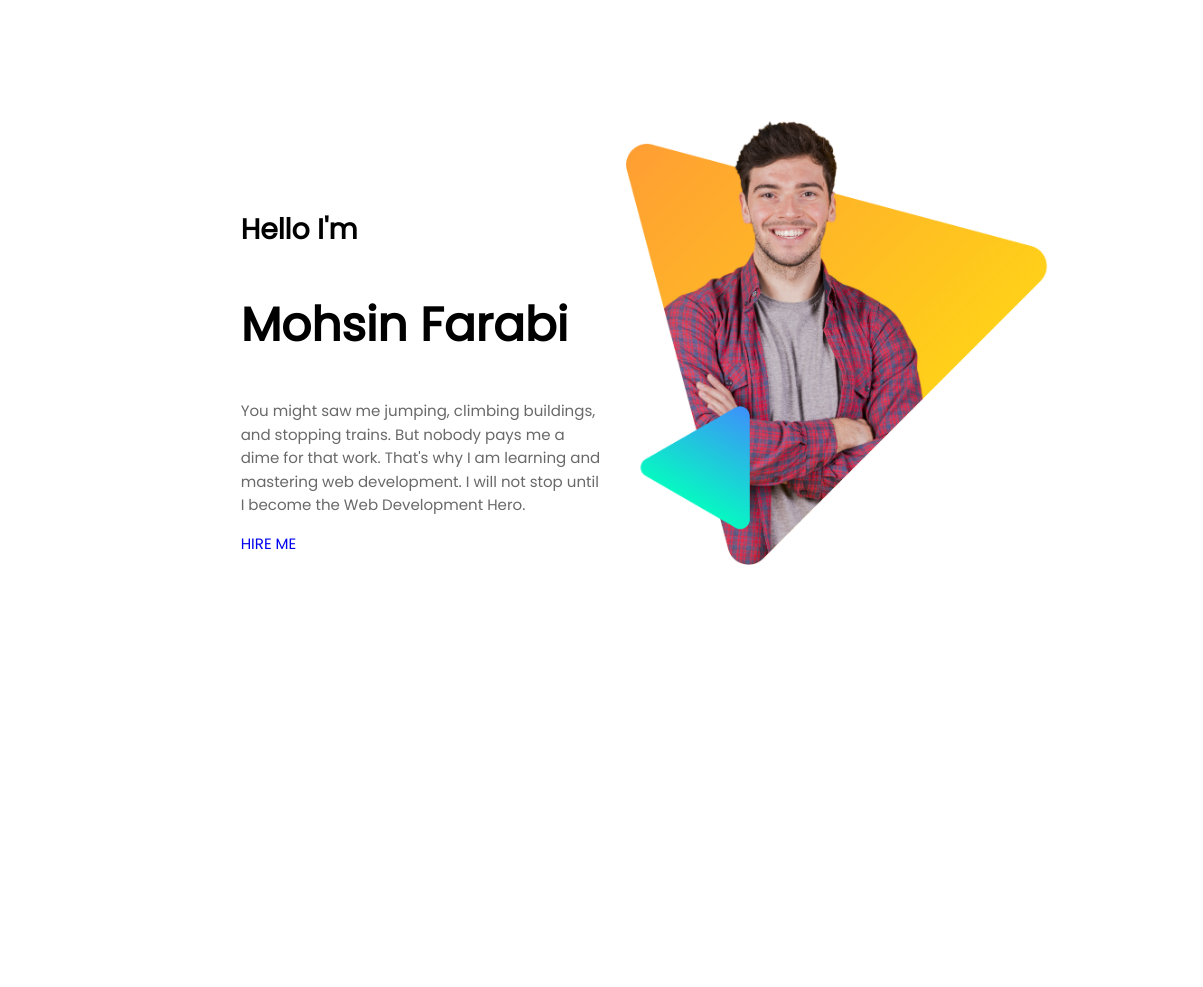
Repository: mohsinfarabi/personal-website
Page: index.html
An editor plug-in stored every save of this project. The page is shown before and after the next save, followed by the edit.
The browser window is 1280 px wide. The pictures show the whole page, at 94% of full size.

Above is the page before, as saved 2020-07-01 03:40:52.

### index.html
<!DOCTYPE html>
<html lang="en">

<head>
    <meta charset="UTF-8">
    <meta name="viewport" content="width=device-width, initial-scale=1.0">
    <link href="https://fonts.googleapis.com/css2?family=Poppins" rel="stylesheet">
    <link rel="stylesheet" href="style.css">
    <title>Farabi - Web Developer</title>
</head>

<body>
    <section class="header-banner">
        <div class="half-width">
            <h3>Hello I'm</h3>
            <h2>Mohsin Farabi</h2>
            <p>You might saw me jumping, climbing buildings, and stopping trains. But nobody pays me a dime for that work. That's why I am learning and mastering web development. I will not stop until I become the Web Development Hero.</p>
            <a class="link-button" target="_blank" href="https://www.linkedin.com/in/mohsin-farabi-68655040/">HIRE ME</a>
        </div>

        <div class="img-width">
            <img src="images/peter.png" alt="">
        </div>
    </section>



</body>

</html>

### style.css
body {
    margin: 0;
    font-family: 'Poppins', sans-serif;
}

h2 {
    font-size: 50px;
}

h3 {
    font-size: 30px;
}

p {
    color: dimgray;
}

.half-width {
    width: 30%;
    float: left;
    margin-left: 15%;
    margin-top: 15%;
    padding-left: 5%;
}

.img-width {
    width: 35%;
    float: left;
    margin-left: 2%;
    margin-top: 10%;
    padding-left: 0;
}

.img-width img {
    width: 100%;
}

section {
    height: 900px;
    padding-bottom: 150px;
}

.link-button {
    text-decoration: none;
    background-image: linear-gradient(45deg, #ec4e8d, #ec4b74;
    padding: 10px 20px;
    border-radius: 5px;
    color: white;
    font-weight: 400;
}

.header-banner {
    background-image: url("images/header-bg.png");
    background-repeat: no-repeat;
}

After the next save:
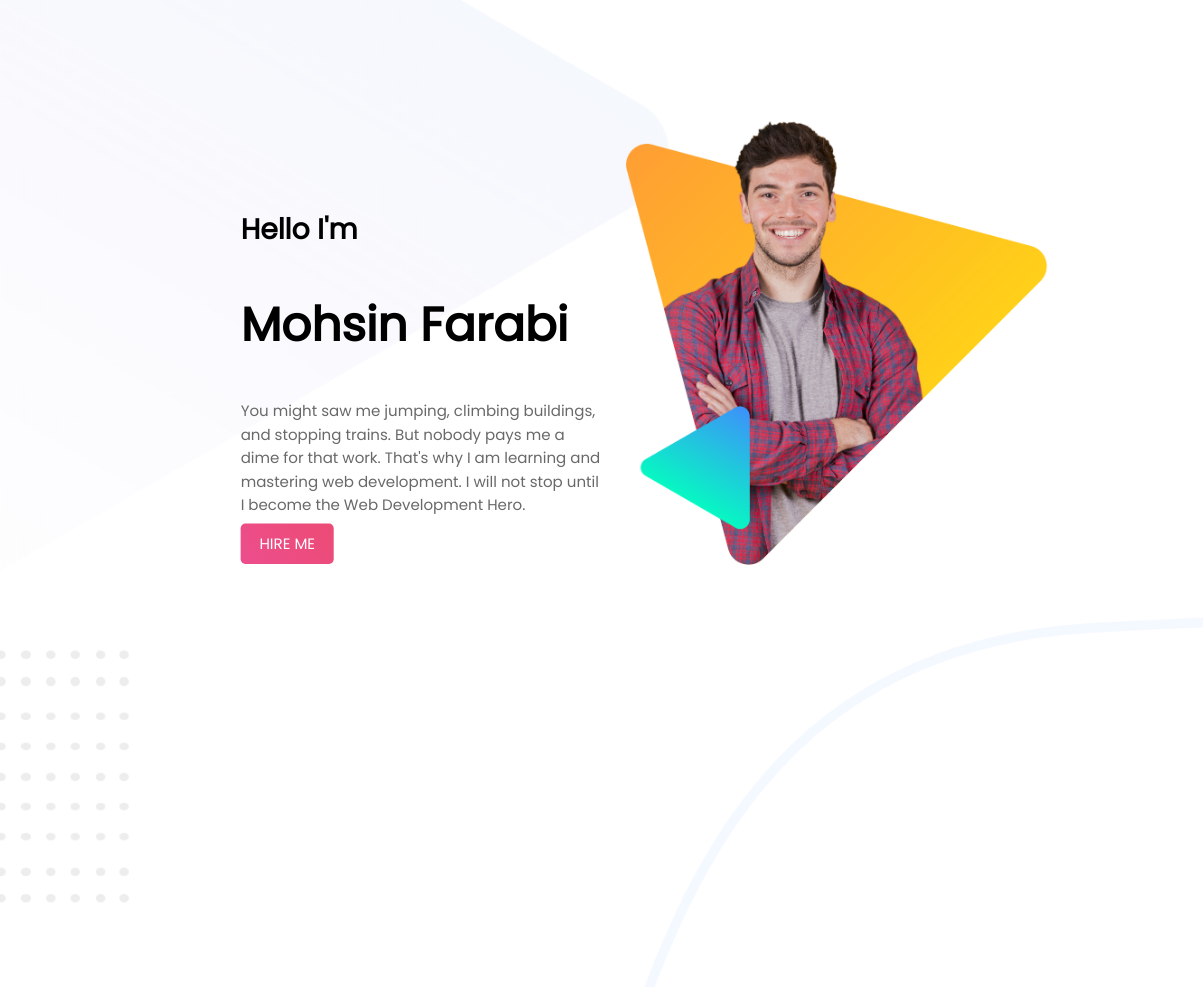
Saved 11 s later.
--- a/style.css
+++ b/style.css
@@ -42,7 +42,7 @@ section {
 
 .link-button {
     text-decoration: none;
-    background-image: linear-gradient(45deg, #ec4e8d, #ec4b74;
+    background-image: linear-gradient(45deg, #ec4e8d, #ec4b74);
     padding: 10px 20px;
     border-radius: 5px;
     color: white;
